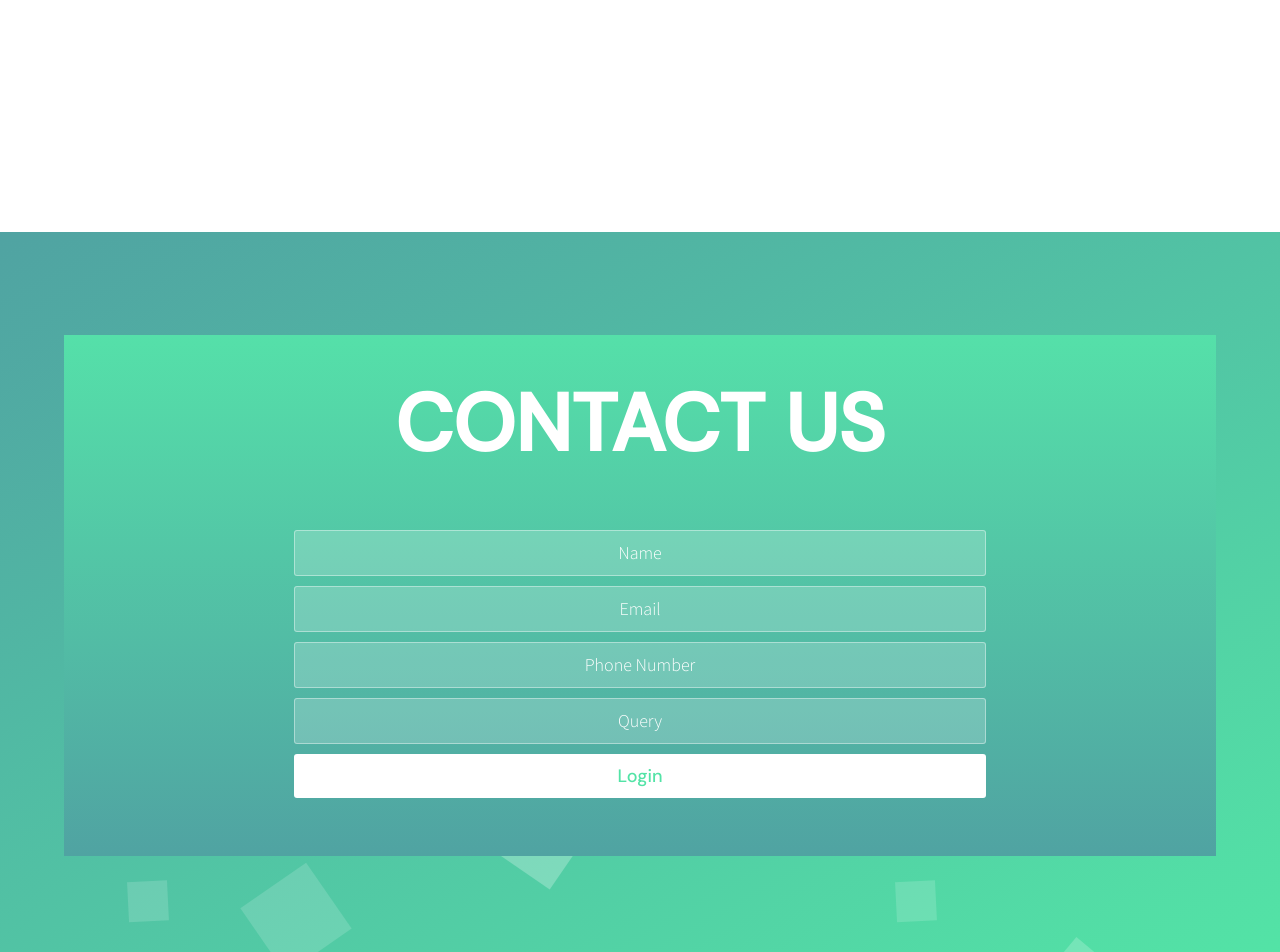
Repository: Jrap-bit/PeriodofSharing
Page: index.html
The author's editor kept a copy of each file at every save. The page is drawn from the files as they stood at one save, then again after the next save.
The browser window is 1280 px wide. The pictures show the part of the page from y = 1325 to 2277 px (the page is 2277 px tall).

Above is the page before, as saved 2022-01-16 01:29:03.

### index.html
<!DOCTYPE html>
<html lang="en">
  <head>
    <meta charset="UTF-8" />
    <meta http-equiv="X-UA-Compatible" content="IE=edge" />
    <meta name="viewport" content="width=device-width, initial-scale=1.0" />
    <link rel="stylesheet" href="style.css" />
    <title>#PeriodofSharing</title>
  </head>
  <body>
    <nav>
      <div class="logo">
          <a href="#" class = "brand-title">Brand Name</a>
      </div>
      <ul>
          <li>
              <a href="#">Home</a>
          </li>
          <li>
              <a href="#">
              About
          </a>
          </li>
          <li>
              <a href="#">
              Contact
          </a>
          </li>
      </ul>
  </nav>
    <div id="Home" class="home">
      <h1>#PeriodofSharing</h1>
      <p>
        For every 30 Rupees that you donate, we will purchase one packet of sofy
        sanitary napkins that contain 8 pads. This packet of sanitary napkins
        will be distributed for free to girls in Govt. schools, slums,
        orphanages in the age group of 12 to 20.
      </p>
      <div>
        <a href="Donate.html"><button class="donate-button">Donate</button></a>
      </div>
    </div>
    <div id="About" class="about">
      <p>
        At any given time, girls across India cannot afford sanitary napkins.
        Instead they use cloth, grass, newspapers and other unhygienic materials
        that increase their risk of contracting infections. It is estimated that
        over 80% of all women in India do not have access to sanitary products
        during menstruation.
      </p>
      <p>
        Female menstruation is still considered a social taboo and as such, 9
        out of 10 girls are unaware of their menstrual cycles. The ones who are
        aware of it are not open to talking about it.
      </p>
      <p>
        Those who purchase their own sanitary products are all too familiar with
        their products being wrapped in paper to “shield” the public from any
        knowledge of the existence of a period.
      </p>
      <p>
        Our mission is to raise awareness on gender issues and bring it out in
        the open. Through our programs, we teach young girls that their
        menstrual cycles are natural, a sign of good reproductive health and is
        something they have in common with girls in countries worldwide!
        Furthermore, we hold sessions with the mothers of the girls to bring the
        topic of menstruation out into the open, allow them to ask questions and
        look at menstruation for the natural and healthy process it is.
      </p>
    </div>
    <div class="contact" id="Contact">
      <div class="wrapper">
        <div class="container">
          <form class="form">
            <h1 class="form-header">CONTACT US</h1>
            <input type="text" placeholder="Name" />
            <input type="text" placeholder="Email" />
            <input type="text" placeholder="Phone Number" />
            <input type="text" placeholder="Query" />
            <button type="submit" id="login-button">Login</button>
          </form>
        </div>
        <ul class="bg-bubbles">
          <li></li>
          <li></li>
          <li></li>
          <li></li>
          <li></li>
          <li></li>
          <li></li>
          <li></li>
          <li></li>
          <li></li>
      </ul>
      </div>
    </div>
  </body>
</html>

### style.css
@import url('https://fonts.googleapis.com/css2?family=DM+Sans:wght@500&display=swap');
@import url('https://fonts.googleapis.com/css2?family=Bebas+Neue&family=Lobster&family=Permanent+Marker&display=swap');
@import url('https://fonts.googleapis.com/css?family=Source+Sans+Pro:200,300');


* {
    box-sizing: border-box;
    font-family: 'DM Sans', sans-serif;
    font-weight: 300;
}

body {
    margin: 0;
    padding: 0;
    font-family: 'Source Sans Pro', sans-serif;
	 color: black;
	 font-weight: 300;
}

body ::-webkit-input-placeholder {
    font-family: 'Source Sans Pro', sans-serif;
    color: white;
    font-weight: 300;
}
body :-moz-placeholder {
    font-family: 'Source Sans Pro', sans-serif;
    color: white;
    opacity: 1;
    font-weight: 300;
}
body ::-moz-placeholder {
    font-family: 'Source Sans Pro', sans-serif;
    color: white;
    opacity: 1;
    font-weight: 300;
}
body :-ms-input-placeholder {
    font-family: 'Source Sans Pro', sans-serif;
    color: white;
    font-weight: 300;
}
.wrapper {
    background: #50a3a2;
    background: -webkit-linear-gradient(top left,#50a3a2 0%,#53e3a6 100%);
    background: -moz-linear-gradient(top left,#50a3a2 0%,#53e3a6 100%);
    background: -o-linear-gradient(top left,#50a3a2 0%,#53e3a6 100%);
    background: linear-gradient(to bottom right,#50a3a2 0%,#53e3a6 100%);
    position: absolute;
    left: 0;
    width: 100%;
    height: 100vh;
    overflow: hidden;
}
.wrapper.form-success .container h1 {
    transform: translateY(85px);
}
.container {
    max-width: 90%;
    margin: 8% auto;
    padding: 0px 0;
    height: 50%;
    text-align: center;
}

.form-header{
    font-family: 'DM Sans', sans-serif;
    color: #fff;
    margin-top: -20px;
    font-weight: 600;
    font-size: 5rem;
}

form {
    display:flexbox;
    justify-content: center;
    align-items: center;
    background: linear-gradient(#55e0a9, #50a3a2), #ddd;
    padding: 5% 0;
    position: relative;
    z-index: 2;
}
form input {
    display: block;
    appearance: none;
    outline: 0;
    border: 1px solid rgba(255,255,255,0.4);
    background-color: rgba(255,255,255,0.2);
    width: 60%;
    border-radius: 3px;
    padding: 10px 15px;
    margin: 0 auto 10px auto;
    text-align: center;
    font-size: 18px;
    color: white;
    transition-duration: 0.25s;
    font-weight: 300;
}
form input:hover {
    background-color: rgba(255,255,255,0.4);
}
form input:focus {
    background-color: white;
    width: 80%;
    color: #53e3a6;
}
form button {
    appearance: none;
    outline: 0;
    background-color: white;
    border: 0;
    padding: 10px 15px;
    color: #53e3a6;
    border-radius: 3px;
    width: 60%;
    cursor: pointer;
    font-size: 18px;
    transition-duration: 0.25s;
}
form button:hover {
    background-color: #f5f7f9;
}

html{
    scroll-behavior: smooth;
}

.donate-button{
    appearance: none;
    outline: 0;
    background-color: white;
    border: 0;
    padding: 10px 15px;
    color: #53e3a6;
    border-radius: 3px;
    width: 250px;
    cursor: pointer;
    font-size: 18px;
    transition-duration: 0.25s;
}
.donate-button:hover{
    background-color: #f5f7f9;
}

.brand-title{
    font-family: 'Lobster', cursive;
    font-size: 3rem;
    margin: 10px 50px;
    margin-bottom: 15px;
    margin-left: 2%;

}

nav a{
    text-decoration: none;
    color: white;
}
nav a::after{
    text-decoration: none;
}

nav {
    padding-left: 100px;
    padding-right: 100px;
}

nav,
nav ul {
    display: flex;
    justify-content: space-around;
    align-items: center;
    width: 100%;
}

nav {
    background-color: #283646;
    height: 80px;
}

nav ul li {
    font-size: 1.3rem;
    font-family: 'Montserrat', sans-serif;
    list-style-type: none;
}

nav ul li a {
    text-decoration: none;
    color: white;
}

nav ul li a:hover {
    color: yellowgreen;
}

@media only screen and (max-width: 768px) {
    nav {
        padding: unset !important
    }
}

@media only screen and (max-width: 576px) {
    nav,
    nav ul {
        height: auto;
        display: flex;
        flex-flow: column wrap;
    }
    nav ul li {
        width: 100%;
    }
    nav ul li a {
        width: 100%;
        display: flex;
        align-items: center;
        justify-content: center;
        width: 100%;
        height: 50px;
    }
    nav ul li a:hover {
        color: white;
        background-color: yellowgreen;
    }
}


.about{
    height: 100vh;

}

.home{
    height: 100vh;
    background: url("https://csrbox.org/full_stories_img/1528786858Sanitary%20Pad%20Donation%20(8).JPG");
    filter: brightness(40%)
}

.bg-bubbles {
    position: absolute;
    top: 0;
    left: 0;
    width: 100%;
    height: 100%;
    z-index: 1;
}
.bg-bubbles li {
    position: absolute;
    list-style: none;
    display: block;
    width: 40px;
    height: 40px;
    background-color: rgba(255,255,255,0.15);
    bottom: -160px;
    -webkit-animation: square 25s infinite;
    animation: square 25s infinite;
    -webkit-transition-timing-function: linear;
    transition-timing-function: linear;
}
.bg-bubbles li:nth-child(1) {
    left: 10%;
}
.bg-bubbles li:nth-child(2) {
    left: 20%;
    width: 80px;
    height: 80px;
    animation-delay: 2s;
    animation-duration: 17s;
}
.bg-bubbles li:nth-child(3) {
    left: 25%;
    animation-delay: 4s;
}
.bg-bubbles li:nth-child(4) {
    left: 40%;
    width: 60px;
    height: 60px;
    animation-duration: 22s;
    background-color: rgba(255,255,255,0.25);
}
.bg-bubbles li:nth-child(5) {
    left: 70%;
}
.bg-bubbles li:nth-child(6) {
    left: 80%;
    width: 120px;
    height: 120px;
    animation-delay: 3s;
    background-color: rgba(255,255,255,0.2);
}
.bg-bubbles li:nth-child(7) {
    left: 32%;
    width: 160px;
    height: 160px;
    animation-delay: 7s;
}
.bg-bubbles li:nth-child(8) {
    left: 55%;
    width: 20px;
    height: 20px;
    animation-delay: 15s;
    animation-duration: 40s;
}
.bg-bubbles li:nth-child(9) {
    left: 25%;
    width: 10px;
    height: 10px;
    animation-delay: 2s;
    animation-duration: 40s;
    background-color: rgba(255,255,255,0.3);
}
.bg-bubbles li:nth-child(10) {
    left: 90%;
    width: 160px;
    height: 160px;
    animation-delay: 11s;
}
@-webkit-keyframes square {
    0% {
        transform: translateY(0);
   }
    100% {
        transform: translateY(-700px) rotate(600deg);
   }
}
@keyframes square {
    0% {
        transform: translateY(0);
   }
    100% {
        transform: translateY(-700px) rotate(600deg);
   }
}

After the next save:
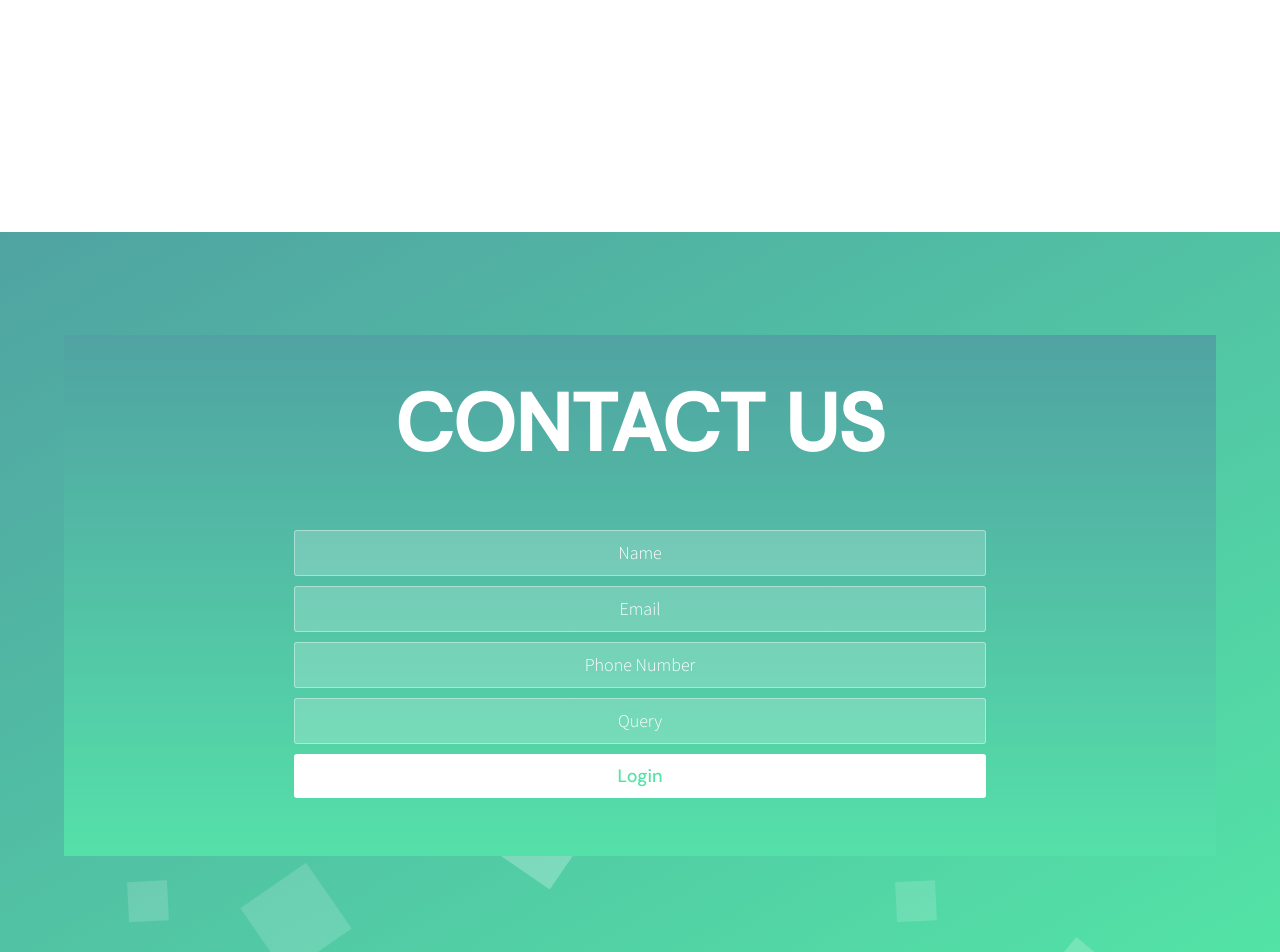
Saved 11 s later.
--- a/style.css
+++ b/style.css
@@ -74,7 +74,7 @@ form {
     display:flexbox;
     justify-content: center;
     align-items: center;
-    background: linear-gradient(#55e0a9, #50a3a2), #ddd;
+    background: linear-gradient(#50a3a2,#55e0a9), #ddd;
     padding: 5% 0;
     position: relative;
     z-index: 2;
